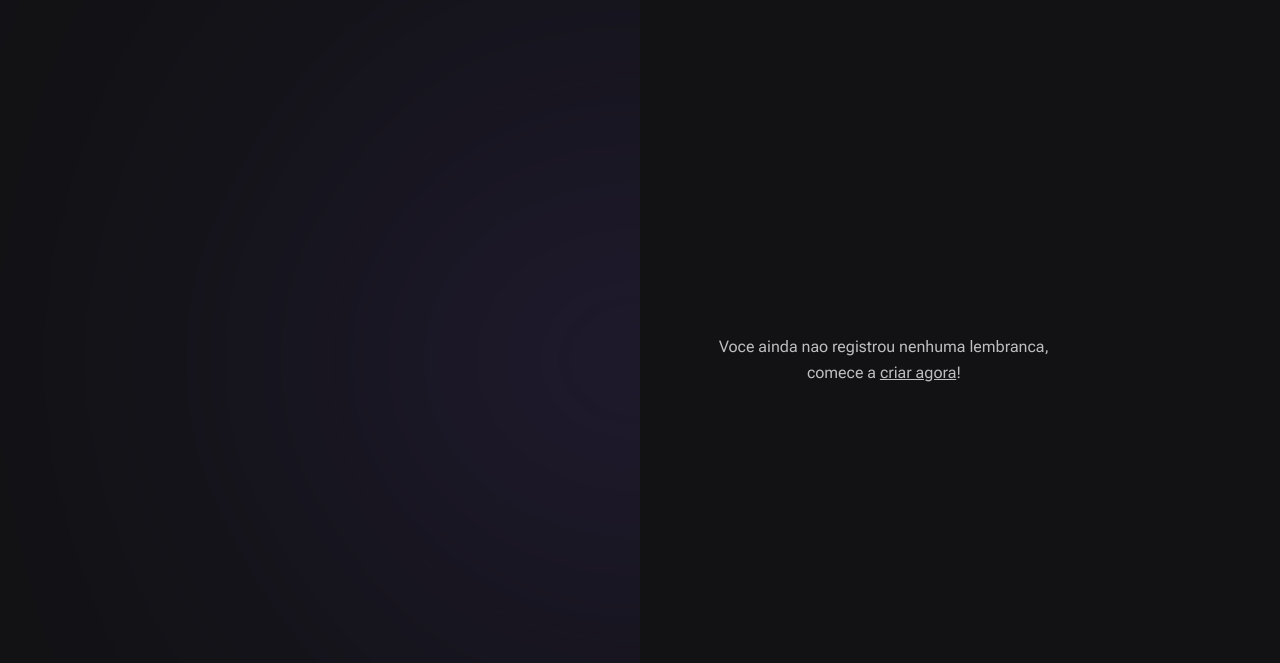
Repository: viniimartins/NLWSpacetime
Page: /
These files come from the project's save history. The page is drawn as it stood at one moment and after the next save; the edit follows.
The browser window is 1280 px wide. The pictures show the whole page.
Some web fonts or font styles are not loaded; a fallback is used. The project was rebuilt for these pictures with package versions that can differ from the ones it lists, and the page was loaded fresh each time. The framework's server and built-in components were replaced by stand-ins that run in the browser. Also part of the build but not shown: next.config.js.

Above is the page before, as saved 2023-05-17 16:00:11.

### src/app/layout.tsx
import React from "react";
import "./globals.css";
import {
  Roboto_Flex as Roboto,
  Bai_Jamjuree as BaiJamjuree,
} from "next/font/google";

const roboto = Roboto({ subsets: ["latin"], variable: "--font-roboto" });
const baiJamjuree = BaiJamjuree({
  subsets: ["latin"],
  weight: "700",
  variable: "--font-bai-Jamjuree",
});

export const metadata = {
  title: "NLW Spacetime",
  description:
    "Uma cápsula do tempo contruido com REact, Next.js, TailwindCSS e TypeScript",
};

export default function RootLayout({
  children,
}: {
  children: React.ReactNode;
}) {
  return (
    <html lang="en">
      <body
        className={`${roboto.variable}  ${baiJamjuree.variable} bg-gray-900 font-sans text-gray-100`}
      >
        {children}
      </body>
    </html>
  );
}

### src/app/page.tsx
export default function Home() {
  return (
    <main className="grid min-h-screen grid-cols-2">
      <div className="relative flex flex-col items-start justify-between overflow-hidden px-28 py-16">
        <div className="absolute right-0 top-1/2 h-[288px] w-[526px] -translate-y-1/2 translate-x-1/2 rounded-full bg-purple-700 opacity-50 blur-full" />

        <div className="bg-stripes absolute bottom-0 right-0 top-0 w-2" />
      </div>

      <div className="flex flex-col p-16">
        <div className="justift-center flex flex-1 items-center">
          <p className="w-[360px] text-center leading-relaxed">
            Voce ainda nao registrou nenhuma lembranca, comece a{" "}
            <a href="" className="underline hover:text-gray-50">
              criar agora
            </a>
            !
          </p>
        </div>
      </div>
    </main>
  );
}

### tailwind.config.js
/** @type {import('tailwindcss').Config} */
module.exports = {
  content: [
    './src/pages/**/*.{js,ts,jsx,tsx,mdx}',
    './src/components/**/*.{js,ts,jsx,tsx,mdx}',
    './src/app/**/*.{js,ts,jsx,tsx,mdx}',
  ],
  theme: {
    extend: {
      fontFamily: {
        sans: 'var(--font-roboto)',
        alt: 'var(--font-bai-jamjuree)'
      }
    },


    colors: {
      gray: {
        50: '#eaeaea',
        100: '#bebebf',
        200: '#9e9ea0',
        300: '#727275',
        400: '#56565a',
        500: '#2c2c31',
        600: '#28282d',
        700: '#1f1f23',
        800: '#18181b',
        900: '#121215',
      },
      purple: {
        50: '#f3eefc',
        100: '#d8cbf7',
        200: '#c6b2f3',
        300: '#ab8eee',
        400: '#9b79ea',
        500: '#8257e5',
        600: '#764fd0',
        700: '#5c3ea3',
        800: '#48307e',
        900: '#372560',
      },
      green: {
        50: '#e6fbef',
        100: '#b1f1ce',
        200: '#8cebb6',
        300: '#57e295',
        400: '#36dc81',
        500: '#04d361',
        600: '#04c058',
        700: '#039645',
        800: '#027435',
        900: '#025929',
      },
    },


    backgroundImage: {
      stripes: 'linear-gradient(to bottom, rgba(255, 255, 255, 0.1), rgba(255, 255, 255, 0.1) 12.5%, transparent 12.5%, transparent'
    },

    blur: {
      full: '194px'
    }
  },
  plugins: [],
}

Loaded but not shown: src/app/globals.css (common file)

After the next save:
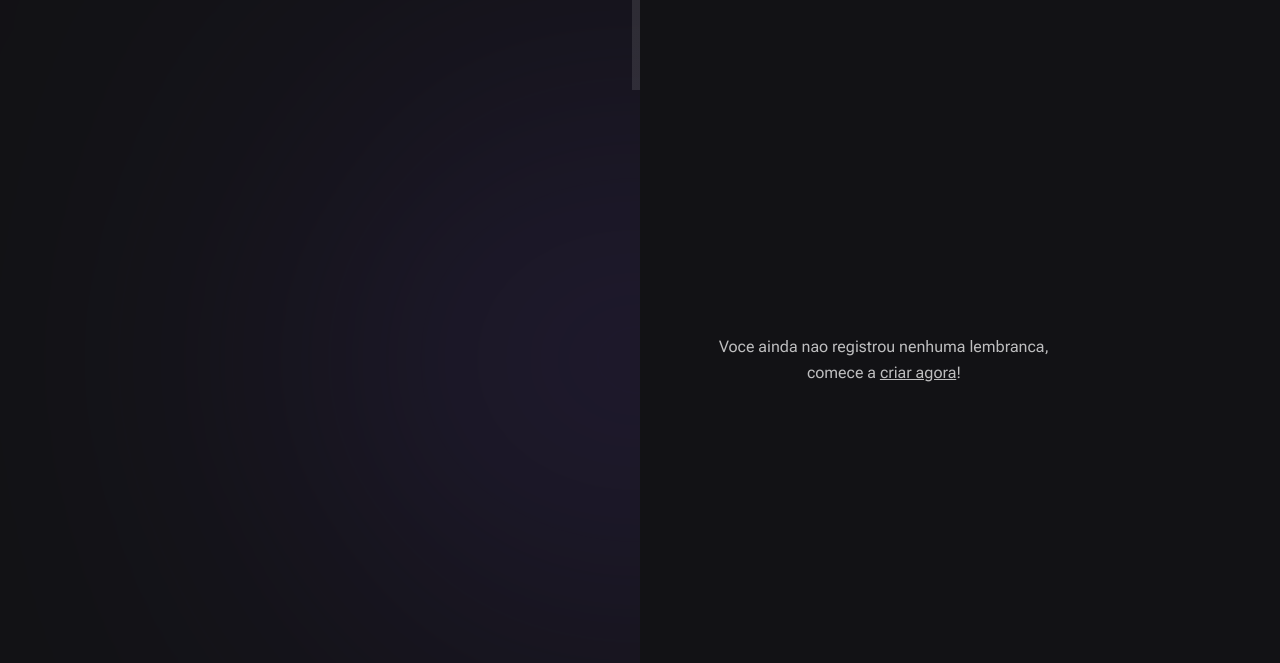
Saved 2 min 3 s later.
--- a/tailwind.config.js
+++ b/tailwind.config.js
@@ -55,7 +55,7 @@ module.exports = {
 
 
     backgroundImage: {
-      stripes: 'linear-gradient(to bottom, rgba(255, 255, 255, 0.1), rgba(255, 255, 255, 0.1) 12.5%, transparent 12.5%, transparent'
+      stripes: 'linear-gradient(to bottom, rgba(255, 255, 255, 0.1), rgba(255, 255, 255, 0.1) 12.5%, transparent 12.5%, transparent)',
     },
 
     blur: {
